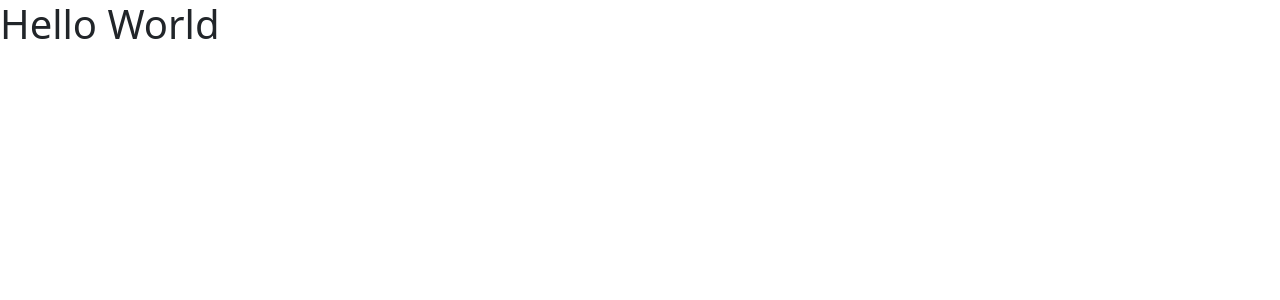
Repository: Sub4Sub/Ice-1
Page: index.html
These files come from the project's save history. The page is drawn as it stood at one moment and after the next save; the edit follows.
The browser window is 1280 px wide. The pictures show the whole page.

Above is the page before, as saved 2021-01-20 18:24:28.

### index.html
<!DOCTYPE html>
<html lang="en">
<head>
  <meta charset="UTF-8">
  <meta name="viewport" content="width=device-width, initial-scale=1.0">
  <title>Webd6201-06 - Ice 1</title>
  <!-- CSS portion -->
  <link rel="stylesheet" href="./node_modules/bootstrap/dist/css/bootstrap.min.css">
  <link rel="stylesheet" href="./node_modules/@fortawesome//fontawesome-free/css/all.min.css">
  <link rel="stylesheet" href="./Content/app.css">

</head>
<body>
  <div>
    <h1>Hello World</h1>
  </div>
  <!-- Javascript portion -->

</body>
</html>

Loaded but not shown: node_modules/bootstrap/dist/css/bootstrap.min.css (library); node_modules/@fortawesome/fontawesome-free/css/all.min.css (library); Content/app.css (no stored copy; drawn as an empty file)

After the next save:
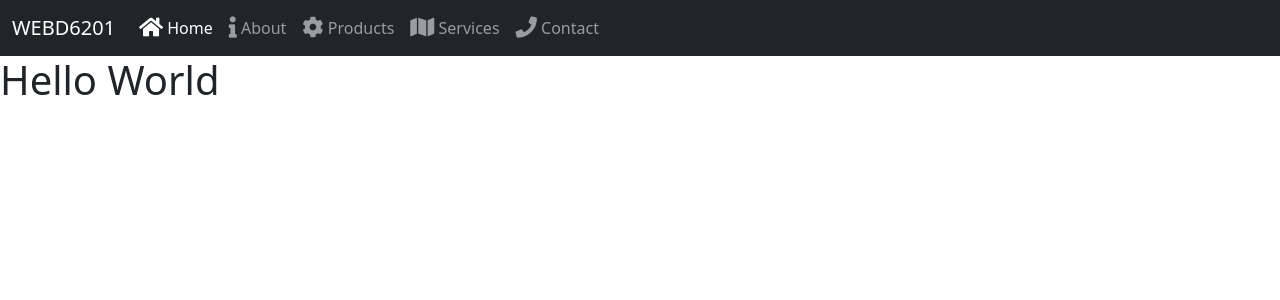
Saved 22 s later.
--- a/index.html
+++ b/index.html
@@ -11,6 +11,42 @@
 
 </head>
 <body>
+  <header>
+    <nav class="navbar navbar-expand-lg navbar-dark bg-dark justify-content-end">
+        <div class="container-fluid">
+          <a class="navbar-brand" href="index.html">WEBD6201</a>
+          <button class="navbar-toggler" type="button" data-bs-toggle="collapse" data-bs-target="#navbarSupportedContent" aria-controls="navbarSupportedContent" aria-expanded="false" aria-label="Toggle navigation">
+            <span class="navbar-toggler-icon"></span>
+          </button>
+          <div class="collapse navbar-collapse" id="navbarSupportedContent">
+
+            <ul class="navbar-nav">
+
+              <li class="nav-item">
+                <a id="home" class="nav-link active" aria-current="page" href="index.html"><i class="fas fa-home fa-lg"></i> Home</a>
+              </li>
+
+              <li class="nav-item">
+                <a id="about" class="nav-link" href="about.html"><i class="fas fa-info fa-lg"></i> About</a>
+              </li>
+
+              <li class="nav-item">
+                <a id="products" class="nav-link" href="products.html"><i class="fas fa-cog fa-lg"></i> Products</a>
+              </li>
+
+              <li class="nav-item">
+                <a id="services" class="nav-link" href="services.html"><i class="fas fa-map fa-lg"></i> Services</a>
+              </li>
+
+              <li class="nav-item">
+                <a id="contact" class="nav-link" href="contact.html"><i class="fas fa-phone fa-lg"></i> Contact</a>
+              </li>
+
+            </ul>
+          </div>
+        </div>
+      </nav>
+</header>
   <div>
     <h1>Hello World</h1>
   </div>
